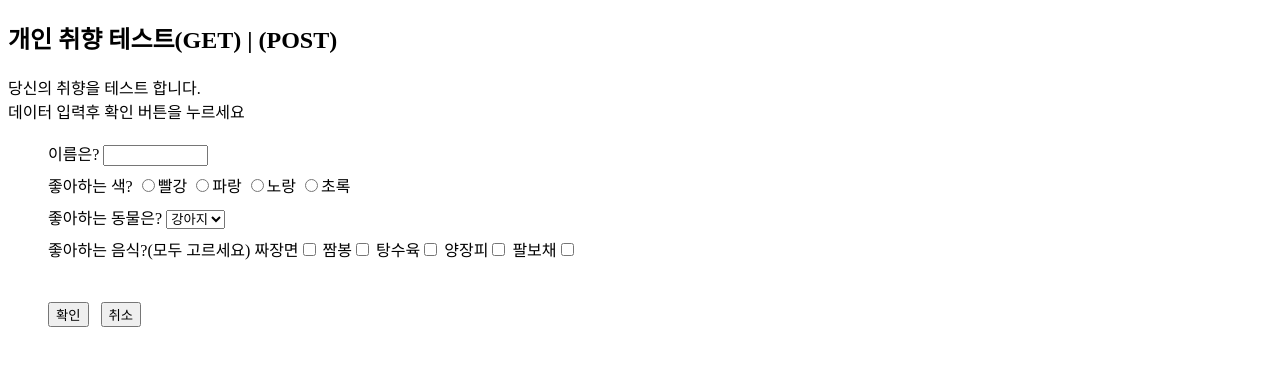
Repository: kianpas/KH_Server
Page: 01_helloweb/WebContent/servlet/testPerson2.html
The author's editor kept a copy of each file at every save. The page is drawn from the files as they stood at one save, then again after the next save.
The browser window is 1280 px wide. The pictures show the whole page.

Above is the page before, as saved 2021-03-22 12:04:03.

### 01_helloweb/WebContent/servlet/testPerson2.html
<!DOCTYPE html>
<html>
<head>
<meta charset="UTF-8">
<title>개인 취향 테스트</title>
</head>
<body>
	<h2>개인 취향 테스트(GET) | (POST)</h2>
	당신의 취향을 테스트 합니다.<br/>
	데이터 입력후 확인 버튼을 누르세요<br/>

	<form name="personFrm" action="/web/testPerson1.do" method="post">
	 <ul style="list-style: none; line-height: 200%;">
		<li>이름은?
			<input type="text" name="name" size="10" required/>
		</li>
		<li>좋아하는 색?
			<input type="radio" id="red" name="color" value="빨강" required/><label for="red">빨강</label>
			<input type="radio" id="blue" name="color" value="파랑" /><label for="blue">파랑</label>
			<input type="radio" id="yellow" name="color" value="노랑" /><label for="yellow">노랑</label>
			<input type="radio" id="green" name="color" value="초록" /><label for="green">초록</label>
		</li>
		<li>좋아하는 동물은?
			<select name="animal">
				<option value="강아지">강아지</option>
				<option value="고양이">고양이</option>
				<option value="병아리">병아리</option>
			</select>
		</li>
		<li>좋아하는 음식?(모두 고르세요)
			<label for="food1">짜장면</label><input type="checkbox" name="food" id="food1" value="짜장면" />
			<label for="food2">짬봉</label><input type="checkbox" name="food" id="food2" value="짬봉" />
			<label for="food3">탕수육</label><input type="checkbox" name="food" id="food3" value="탕수육" />
			<label for="food4">양장피</label><input type="checkbox" name="food" id="food4" value="양장피" />
			<label for="food5">팔보채</label><input type="checkbox" name="food" id="food5" value="팔보채" />
		</li>
		<li>
			<br/>
			<input type="submit" id="btnOK" value="확인"  />&nbsp;&nbsp;
			<input type="reset"  value="취소" />
		</li>

	 </ul>

	</form>
</body>
</html>

After the next save:
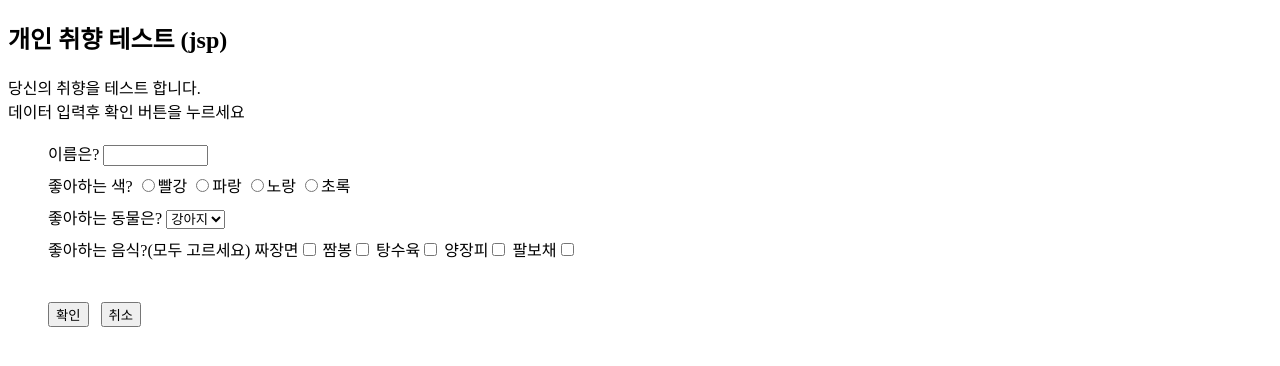
Saved 39 s later.
--- a/01_helloweb/WebContent/servlet/testPerson2.html
+++ b/01_helloweb/WebContent/servlet/testPerson2.html
@@ -5,7 +5,7 @@
 <title>개인 취향 테스트</title>
 </head>
 <body>
-	<h2>개인 취향 테스트(GET) | (POST)</h2>
+	<h2>개인 취향 테스트 (jsp)</h2>
 	당신의 취향을 테스트 합니다.<br/>
 	데이터 입력후 확인 버튼을 누르세요<br/>
 
